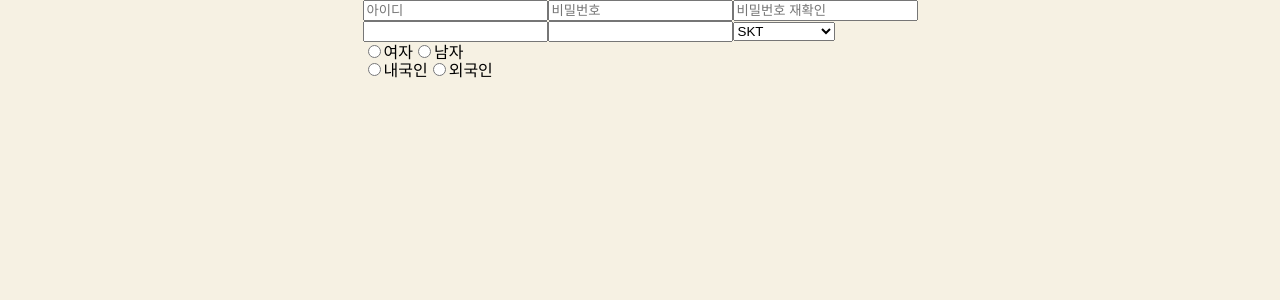
Repository: LeeYuNa0402/pokemon_vite
Page: /CreateAccount
An editor plug-in stored every save of this project. The page is shown before and after the next save, followed by the edit.
The browser window is 1280 px wide. The pictures show the whole page.
The project was rebuilt for these pictures with package versions that can differ from the ones it lists, and the page was loaded fresh each time. Also part of the build but not shown: vite.config.ts, src/CombineMenu.tsx, src/Loading.tsx, src/PokemonList.tsx, src/App.tsx, src/css/pokemon_type.css, src/PokemonDetail.tsx, src/Login.tsx and 1 more.

Above is the page before, as saved 2023-10-17 14:53:26.

After the next save:
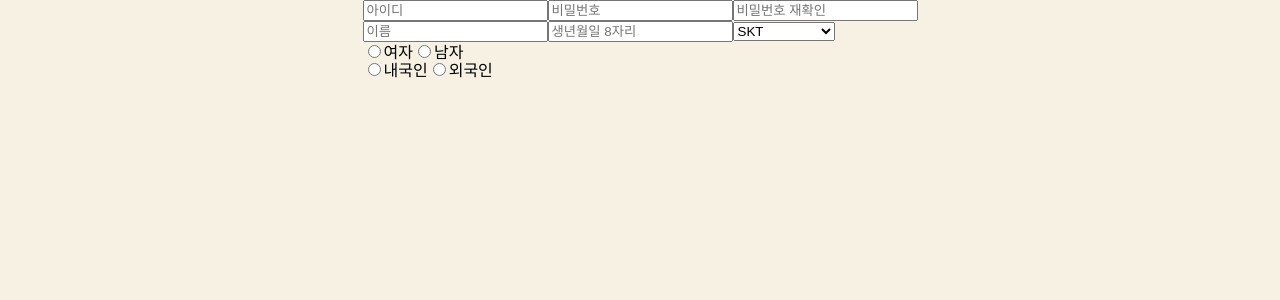
Saved 36 s later.
--- a/src/CreateAccount.tsx
+++ b/src/CreateAccount.tsx
@@ -8,8 +8,8 @@
       </form>
 
       <form>
-        <input type="text" />
-        <input type="생년월일 8자리" />
+        <input type="text" placeholder="이름" />
+        <input type="text" placeholder="생년월일 8자리" />
         <select>
           <option>SKT</option>
           <option>KT</option>
